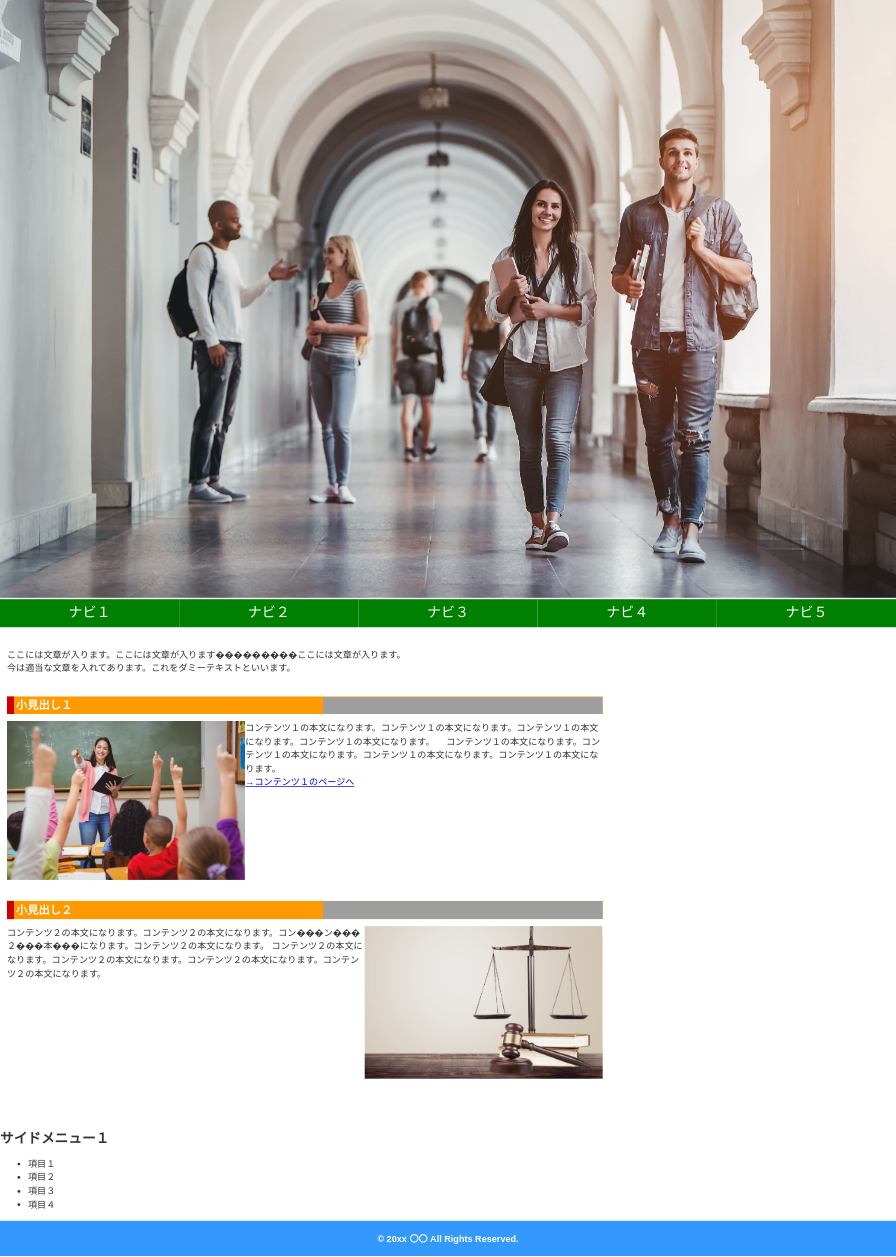
Repository: IkutoHiroki/samurai_HTML_CSS
Page: home2.html
The author's editor kept a record of every edit. The page is drawn from the files as they stood at one moment, then again after the next edit.
The browser window is 1280 px wide. The pictures show the whole page, at 70% of full size.
Pictures or frames that could not be fetched are drawn as grey boxes.

Above is the page before.

### home2.html
<!DOCTYPE html>
<html lang="ja">

<head>
    <meta charset="UTF-8">
    <title>HTML/CSSの学習</title>
    <link rel="stylesheet" href="stylesheet.css">
</head>
<body>
   <div id="header">
       <h1><a href="index.html"> <img id="corridor" src="corridor.jpg" alt="大学の廊下" /></a></h1>
       </div>
       <div id="wrapper">

           <div id="nav">
               <ul>
                   <li><a href="home2.html">ナビ１</a></li>
                   <li><a href="#">ナビ２</a></li>
                   <li><a href="#">ナビ３</a></li>
                   <li><a href="#">ナビ４</a></li>
                   <li><a href="#">ナビ５</a></li>
               </ul>
           </div>

           <div>
               <div id="container">
                   <div id="main">
                   <div class="post">
                       <p>ここには文章が入ります。ここには文章が入ります���������ここには文章が入ります。
                       <br />今は適当な文章を入れてあります。これをダミーテキストといいます。</p>
                   </div>

                   <div class="post clearfix">
                       <h2>小見出し１</h2>
                       <img class="left" src="images/classroom.jpg" alt="授業風景" />
                       <p>
                          コンテンツ１の本文になります。コンテンツ１の本文になります。コンテンツ１の本文になります。コンテンツ１の本文になります。
                        　コンテンツ１の本文になります。コンテンツ１の本文になります。コンテンツ１の本文になります。コンテンツ１の本文になります。
                       </p>

                       <p><a href="#">→コンテンツ１のページへ</a></p>

                   </div>

                   <div class="post clearfix">
                       <h2>小見出し２</h2>
                       <img class="right" src="images/scale.jpg" alt="天秤" />
                       <p>
                         コンテンツ２の本文になります。コンテンツ２の本文になります。コン���ン���２���本���になります。コンテンツ２の本文になります。
                         コンテンツ２の本文になります。コンテンツ２の本文になります。コンテンツ２の本文になります。コンテンツ２の本文になります。
                        </p>


                   </div>
               </div>
           </div>

           <div id="size">
               <div class="box">
                   <h2>サイドメニュー１</h2>
                   <div class="boxBody">
                       <ul>
                           <li>項目１</li>
                           <li>項目２</li>
                           <li>項目３</li>
                           <li>項目４</li>
                        </ul>
                   </div>
               </div>
           </div>


           </div>

           <div id="footer">
               <p>&copy; 20xx 〇〇 All Rights Reserved.</p>

       </div>

</body>
</html>

### stylesheet.css
@charset "UTF-8";

body{
    margin:0;
    padding:0;
    font-family:"ヒラギノ角ゴ Pro W3", "Hiragino Kaku Gothic Pro", "メイリオ", Meiryo, Osaka, "ＭＳ Ｐゴシック", "MS PGothic", sans-serif;
    color:#333;
    font-size:13px;
    line-height:150%;

}

/* ------ weapper -------- */

#wrapper{
    width:100%;
    margin:auto;
    padding:0;
    border:0;
    background-color:#FFF;
    top:10px;

}

/* header */

#header{
    width:100%;

}

#header h1{
    margin:0;
    padding:0;
}

#corridor{
    width:100%;
    height:auto;
}

#footer{
    clear:both;
    width:100%;
    padding: 3px 0 3px 0;
    background:#39F;
    color:#FFF;
    font-weight:bold;
    text-align:center;

}

/* nav */

#nav{
    width:100%;


}

#nav ul{
    display:flex;
    margin:0;
    padding:0;
    list-style-type:none;
}

#nav ul li{

    width:20%;
    text-align:center;
}


#nav ul li a{
    display:block;
    height:20px;
    margin:0;
    padding:10px;
    color:#FFF;
    font-size:20px;
    text-decoration:none;
    background-color:green;

}

#nav ul li a:hover{
    filter:drop-shadow(10px 10px 10px black);

}

/*  container */

#container{
    width:100%;
    margin:auto;
    padding:auto;
    padding-top:20px;
    clear:both;
    display:grid;
    grid-template-columns:70vw 30vw;
}

/* main*/

#main{
    width:95%;
    padding:10px 10px 30px 10px;

}

#main h2{
    margin:0 0 10px 0;
    padding:3px 10px 3px 3px;
    color:#FFF;
    font-size:16px;
    border-left:solid 10px #C00;
    background:#F90 url(../images/main_h2.jpg) right top repeat-y;
}

#main p{
     margin:0;
     padding:0;
}

#main .post{
    margin:0 0 30px 0;

}

#main .post img .right{
    margin:0 0 0 8px;

}

#main .post img .left{
    margin:0 8px 0 0;

}

.right{
    float:right;
    width:40%;
    height:auto;
}

.left{
    float:left;
    width:40%;
    height:auto;

}

/* clearfix */

.clearfix{
    zoom:1;

}

.clearfix:after{
    content:"";
    display:block;
    clear:both;
}

/* side */

#side{
    width:85%;
    padding:20px;
    background-color:#F99;
}

#side .box{
    margin:0 auto 30px auto;
    padding:0 0 20px 0;
    background: url(images/side_box.png) bottom no-repeat;
}

#side .box h2{
    margin:0;
    padding:8px;
    text-align:center;
    color:#fff;
    font-size:16px;
    line-height:16px;
    font-weight:normal;
    background: url(images/side_box_h2.png) center no-repeat;
}

#side .box .boxBody{
    padding:8px;
    border-right:solid 1px #C36;
    border-bottom:solid 1px #C36;
    border-left:solid 1px #C36;
    background:#fff;
}

#side .box .boxBody ul{
    margin:0 0 16px 0;
    padding:0;
}

#side .box .boxBody ul li{
    padding:8px 0 8px 4px;
    list-style:none;
    border-bottom:solid 1px #C36;
}

#side .box .boxBody ul li:hover{
    padding:8px 0 8px 4px;
    list-style:none;
    border-bottom:solid 1px #C36;
    box-shadow:0px 4px 4px rgba(0,0,0,0.3);
}

After the next edit:
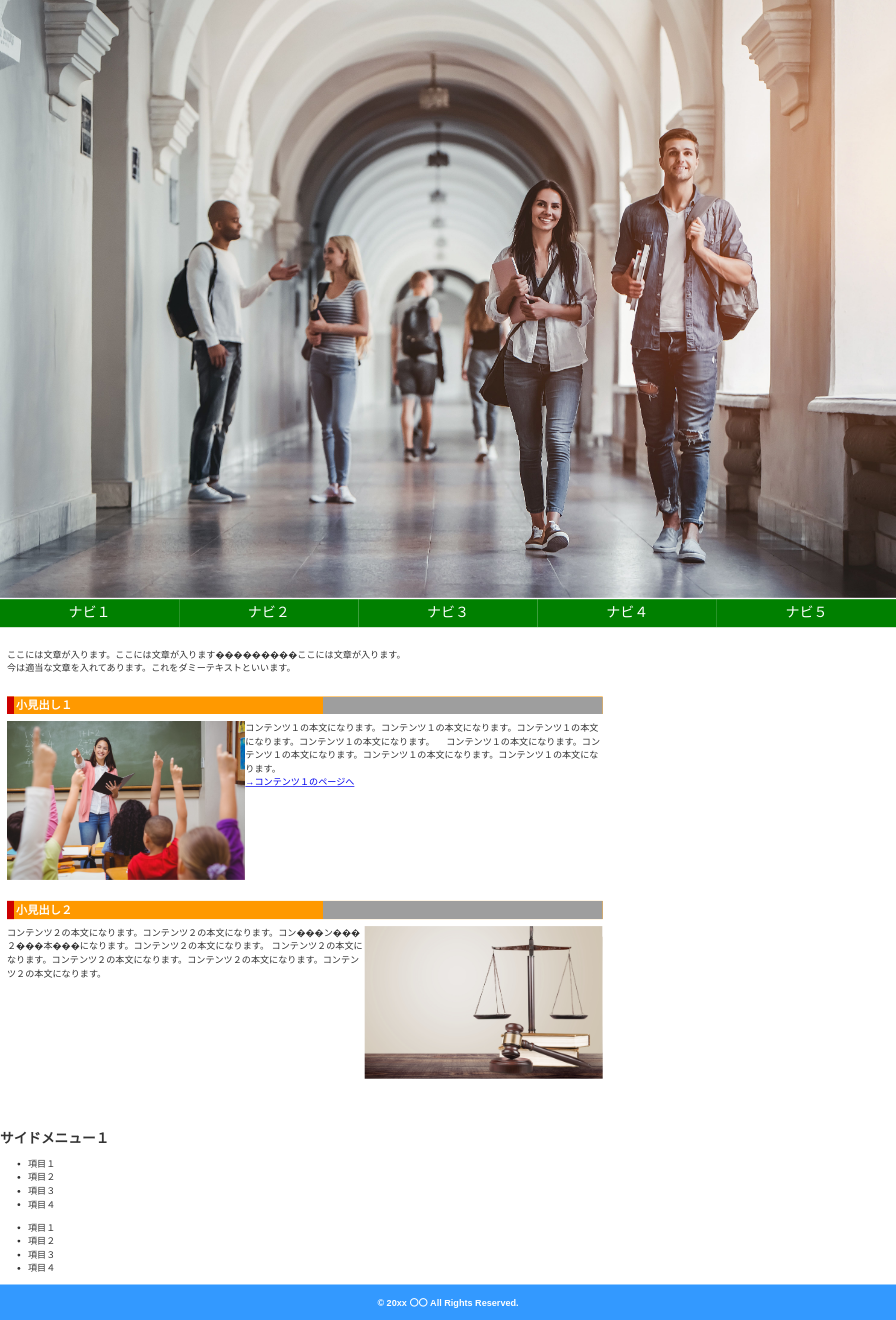
The edit:
--- a/home2.html
+++ b/home2.html
@@ -67,7 +67,24 @@
                         </ul>
                    </div>
                </div>
+
+              <div class="boxBody">
+                  <ul>
+                    <li>項目１</li>
+                    <li>項目２</li>
+                           <li>項目３</li>
+                           <li>項目４</li>
+
+                  </ul>
+
+              </div>
+
+
            </div>
+
+
+
+
 
 
            </div>
